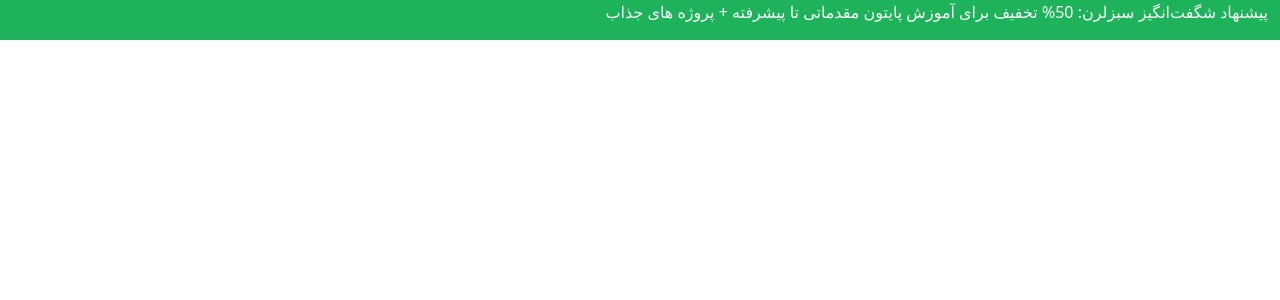
Repository: mobina-mirzaei/final-project-mirzaei
Page: index.html
An editor plug-in stored every save of this project. The page is shown before and after the next save, followed by the edit.
The browser window is 1280 px wide. The pictures show the whole page.
The style sheet was rebuilt from its Sass, Less or Tailwind sources for each picture, by a compiler version that may differ from the author's.

Above is the page before, as saved 2025-06-05 18:41:07.

### index.html
<!DOCTYPE html>
<html lang="fa" dir="rtl">
  <head>
    <meta charset="UTF-8" />
    <meta name="viewport" content="width=device-width, initial-scale=1.0" />
    <link
      rel="stylesheet"
      href="./assets/bootstrap-5.1.3-dist/bootstrap-5.1.3-dist/css/bootstrap.rtl.min.css"
    />
    <script
      src="./assets/bootstrap-5.1.3-dist/bootstrap-5.1.3-dist/js/bootstrap.bundle.min.js"
      defer
    ></script>
    <link rel="stylesheet" href="./assets/css/main.css" />
    <title>SabzLearn</title>
  </head>
  <body>
    <div class="container-fluid">
      <div class="row d-flex justify-content-between aling-items-center">
        <div class="col-lg-12 pre-nav">
          <p class="text-light">
            پیشنهاد شگفت‌انگیز سبزلرن: 50% تخفیف برای آموزش پایتون مقدماتی تا
            پیشرفته + پروژه های جذاب
          </p>

        </div>
      </div>
    </div>
  </body>
</html>

### assets/scss/main.scss
.pre-nav{
    background-color:rgb(30 179 91);
}

Loaded but not shown: assets/bootstrap-5.1.3-dist/bootstrap-5.1.3-dist/css/bootstrap.rtl.min.css (library); assets/bootstrap-5.1.3-dist/bootstrap-5.1.3-dist/js/bootstrap.bundle.min.js (library)

After the next save:
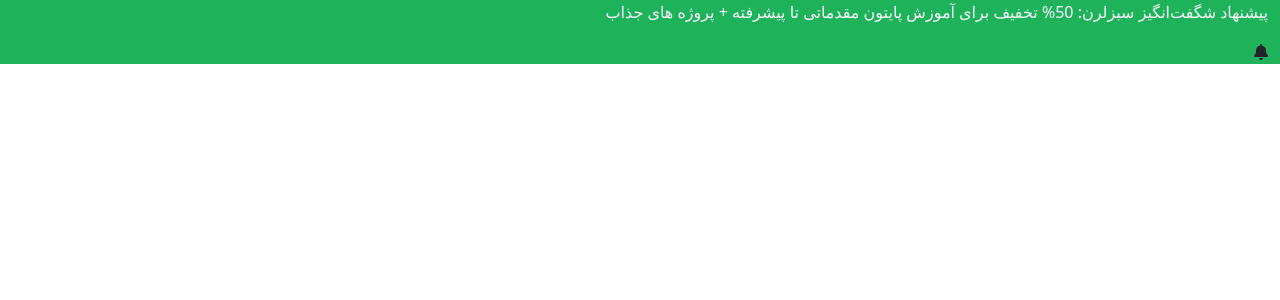
Saved 4 min 14 s later.
--- a/index.html
+++ b/index.html
@@ -12,6 +12,7 @@
       defer
     ></script>
     <link rel="stylesheet" href="./assets/css/main.css" />
+     <link rel="stylesheet" href="https://cdnjs.cloudflare.com/ajax/libs/font-awesome/6.5.0/css/all.min.css">
     <title>SabzLearn</title>
   </head>
   <body>
@@ -22,7 +23,7 @@
             پیشنهاد شگفت‌انگیز سبزلرن: 50% تخفیف برای آموزش پایتون مقدماتی تا
             پیشرفته + پروژه های جذاب
           </p>
-
+          <i class="fas fa-bell"></i>
         </div>
       </div>
     </div>
